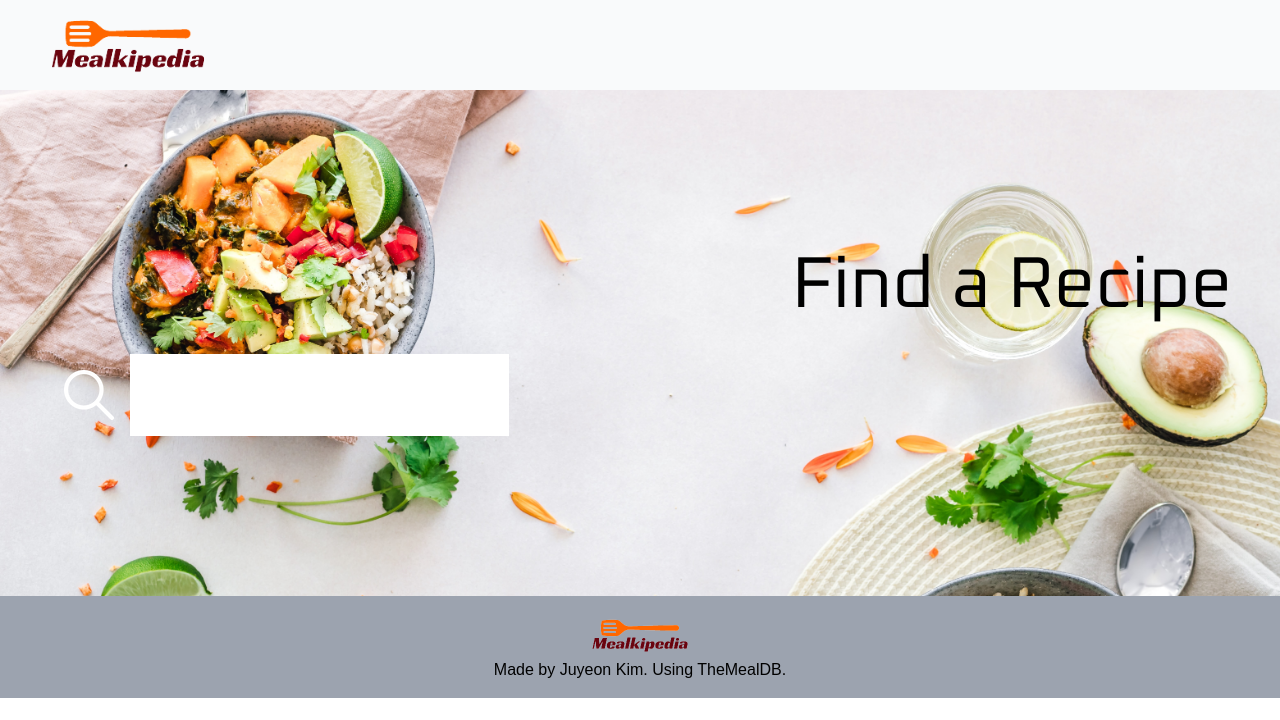
Repository: Jay-JYKim91/grj_mealkipedia
Page: /
An editor plug-in stored every save of this project. The page is shown before and after the next save, followed by the edit.
The browser window is 1280 px wide. The pictures show the whole page.
Some web fonts or font styles are not loaded; a fallback is used. The project was rebuilt for these pictures with package versions that can differ from the ones it lists, and the page was loaded fresh each time. Also part of the build but not shown: src/pages/recipe/recipe.tsx, src/pages/search/search.tsx.

Above is the page before, as saved 2022-06-21 15:35:45.

### public/index.html
<!DOCTYPE html>
<html lang="en">
  <head>
    <meta charset="utf-8" />
    <link rel="icon" href="%PUBLIC_URL%/favicon.ico" />
    <link rel="preconnect" href="https://fonts.googleapis.com">
    <link rel="preconnect" href="https://fonts.gstatic.com" crossorigin>
    <link href="https://fonts.googleapis.com/css2?family=Biryani:wght@300;400&family=Oxanium:wght@300;400;500&family=Racing+Sans+One&display=swap" rel="stylesheet">
    <meta name="viewport" content="width=device-width, initial-scale=1" />
    <meta name="theme-color" content="#000000" />
    <meta
      name="description"
      content="Web site created using create-react-app"
    />
    <title>Mealkipedia</title>
  </head>
  <body>
    <div id="root"></div>
  </body>
</html>

### src/index.tsx
import React from 'react';
import ReactDOM from 'react-dom/client';
import './index.css';
import App from './app';
import { BrowserRouter } from 'react-router-dom';

const root = ReactDOM.createRoot(
  document.getElementById('root') as HTMLElement
);

root.render(
  <React.StrictMode>
    <BrowserRouter>
      <App />
    </BrowserRouter>
  </React.StrictMode>
);

### src/App.tsx
import React from 'react';
import { Route, Routes } from 'react-router-dom';
import Footer from './component/footer/footer';
import Header from './component/header/header';
import Home from './pages/home/home';
import Recipe from './pages/recipe/recipe';
import Search from './pages/search/search';

const App: React.FC = () => {

  return (
    <>
      <Header />
      <main>
        <Routes>
          <Route path='/' element={
            <Home />
          } />
          <Route path='search' element={
            <Search />
          } />
          <Route path='recipe' element={
            <Recipe />
          } />
        </Routes>
      </main>
      <Footer />
    </>
  );
}

export default App;

### src/component/footer/footer.tsx
import React from 'react';

const Footer = () => {
    console.log(React);

    return (
        <footer className="flex flex-col items-center justify-center px-12 py-4 bg-gray-400">
            <img src="/logo.png" alt="logo" width="100" />
            <p className="font-body2_font">Made by Juyeon Kim. Using TheMealDB.</p>
        </footer>
    )
};

export default Footer;

### src/component/header/header.tsx
import React from 'react';

const Header = () => {
    console.log(React);

    return (
        <header className="px-12 py-2 shadow-md bg-gray-50">
            <img src='/logo.png' alt="logo" width="160" />
        </header>
    )
}

export default Header;

### src/pages/home/home.tsx
import React from 'react';

const Home: React.FC = () => {

    return (
        <section className="px-12 py-40 bg-cover bg-[url('images/main_background.jpg')] text-right">
            <h1 className="font-body1_font text-7xl mb-8">Find a Recipe</h1>
            <div className="flex justify-items-end">
                <img src="./search.png" alt="search" className="p-4" />
                <input type="search" className="p-4 text-3xl font-body1_font" />
            </div>
        </section>

    )
};

export default Home;

### tailwind.config.js
/** @type {import('tailwindcss').Config} */
module.exports = {
  content: [
    "./src/**/*.{js,jsx,ts,tsx}",
  ],
  darkMode: false, // or 'media' or 'class'
  theme: {
    extend: {
      fontFamily: {
        'heading_font': ['Racing Sans One', 'cursive'],
        'body1_font': ['Oxanium', 'cursive'],
        'body2_font': ['Biryani', 'sans-serif']
      }
    },
  },
  plugins: [],
}

Loaded but not shown: src/index.css (common file)

After the next save:
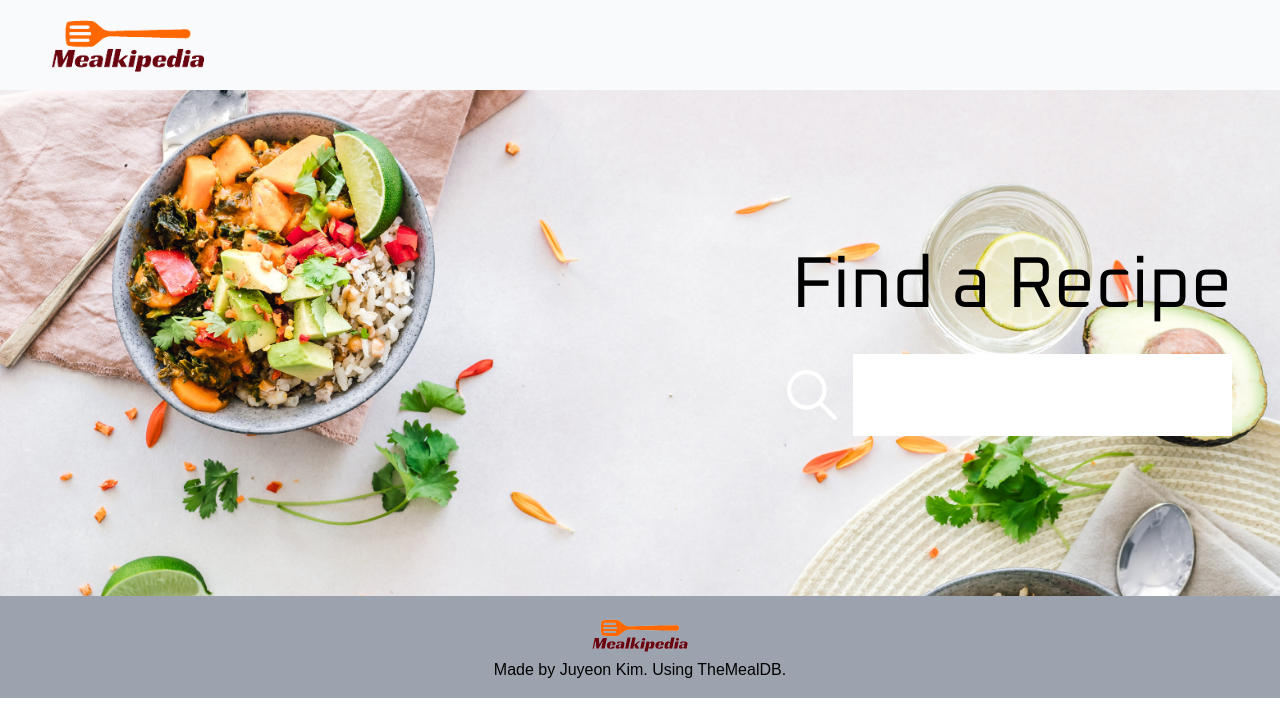
Saved 15 s later.
--- a/src/pages/home/home.tsx
+++ b/src/pages/home/home.tsx
@@ -5,7 +5,7 @@ const Home: React.FC = () => {
     return (
         <section className="px-12 py-40 bg-cover bg-[url('images/main_background.jpg')] text-right">
             <h1 className="font-body1_font text-7xl mb-8">Find a Recipe</h1>
-            <div className="flex justify-items-end">
+            <div className="flex justify-end">
                 <img src="./search.png" alt="search" className="p-4" />
                 <input type="search" className="p-4 text-3xl font-body1_font" />
             </div>
